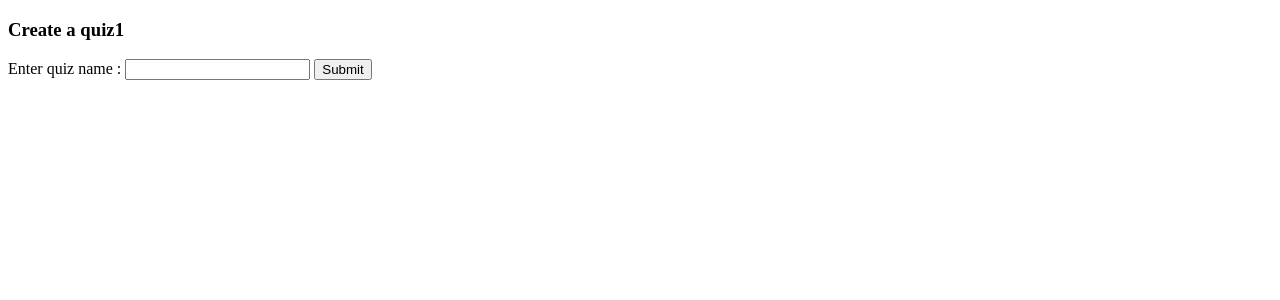
Repository: Sourabh-Gautam/epam-hometask
Page: http://localhost/onlinequizmanagement/view/createquizpage.jsp
An editor plug-in stored every save of this project. The page is shown before and after a run of saves, followed by the edit.
The browser window is 1280 px wide. The pictures show the whole page.
The page is served by Tomcat 9. Other server files are loaded and not shown.

Above is the page before, as saved 2022-11-09 05:52:01.

### Spring/Spring Boot Web/onlinequizmanagement/src/main/webapp/view/createquizpage.jsp
<%@ page language="java" contentType="text/html; charset=ISO-8859-1"
	pageEncoding="ISO-8859-1"%>
<!DOCTYPE html>
<html>
<head>
<meta charset="ISO-8859-1">
<title>Insert title here</title>
</head>
<body>
	<h3>Create a quiz1</h3>
	<div>
		<form action="/admin/createquiz" method="post">
			Enter quiz name : <input name="quizname" />
			<input type="submit"/>
		</form>

	</div>
</body>
</html>

After the next 2 saves:
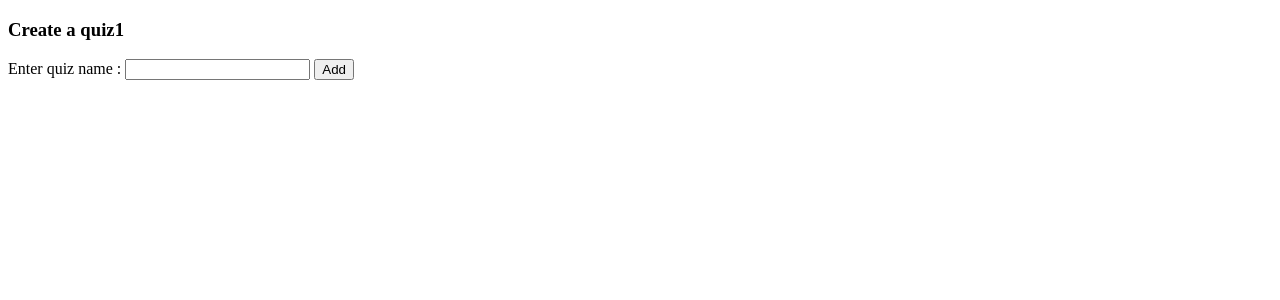
The 2 saves are shown as one change because they came seconds apart.
The last was saved 10 s later.
--- a/Spring/Spring Boot Web/onlinequizmanagement/src/main/webapp/view/createquizpage.jsp
+++ b/Spring/Spring Boot Web/onlinequizmanagement/src/main/webapp/view/createquizpage.jsp
@@ -10,8 +10,8 @@
 	<h3>Create a quiz1</h3>
 	<div>
 		<form action="/admin/createquiz" method="post">
-			Enter quiz name : <input name="quizname" />
-			<input type="submit"/>
+			Enter quiz name : <input name="quizname" /> <input type="submit"
+				value="Add" />
 		</form>
 
 	</div>
